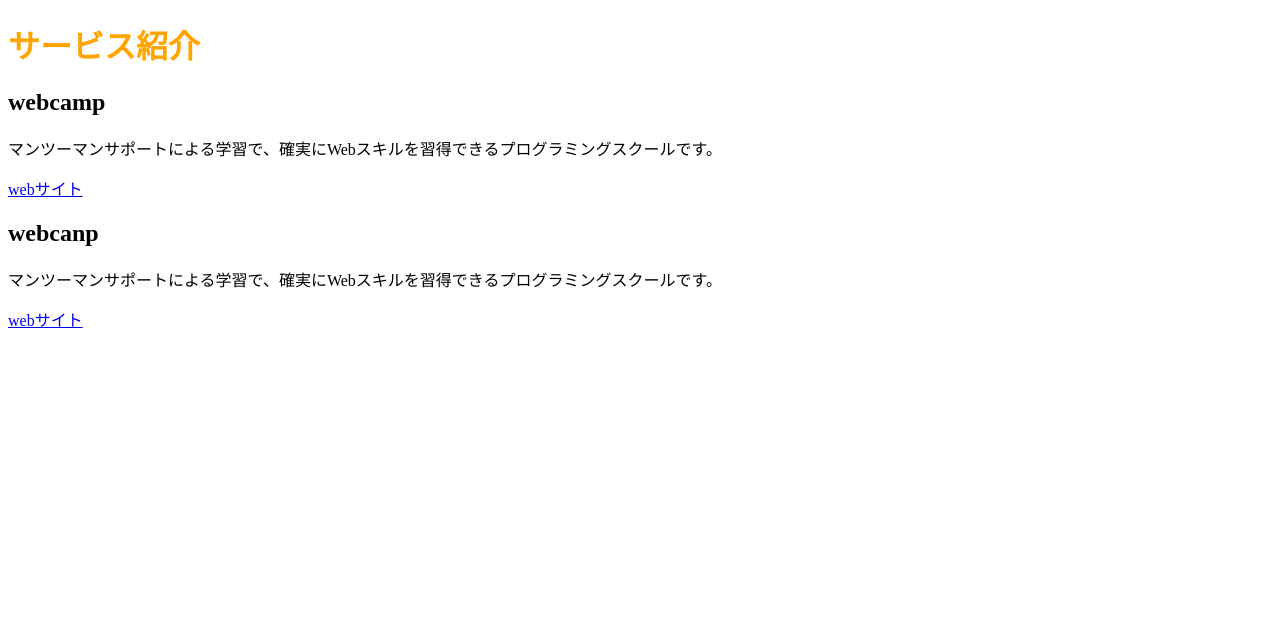
Repository: kk-um/advance1
Page: 演習/2.html
The author's editor kept a record of every edit. The page is drawn from the files as they stood at one moment, then again after the next edit.
The browser window is 1280 px wide. The pictures show the whole page.

Above is the page before.

### 演習/2.html
<!DOCTYPE HTML>
<html lang="ja">
  <head>
    <meta charset="UTF-8"/>
    <title>2章演習</title>
    <link rel="stylesheet" href="2.css"/>
  </head>

<body>
 <h1>サービス紹介</h1>
 <h2>webcamp</h2>
  <p>マンツーマンサポートによる学習で、確実にWebスキルを習得できるプログラミングスクールです。</p>
  <a href="https://web-camp.io/">webサイト</a>

 <h2>webcanp</h2>
  <p>マンツーマンサポートによる学習で、確実にWebスキルを習得できるプログラミングスクールです。</p>
  <a href="https://web-camp.io/">webサイト</a>

</body>
</html>

### 演習/2.css
h1{
  color:orange;
}

After the next edit:
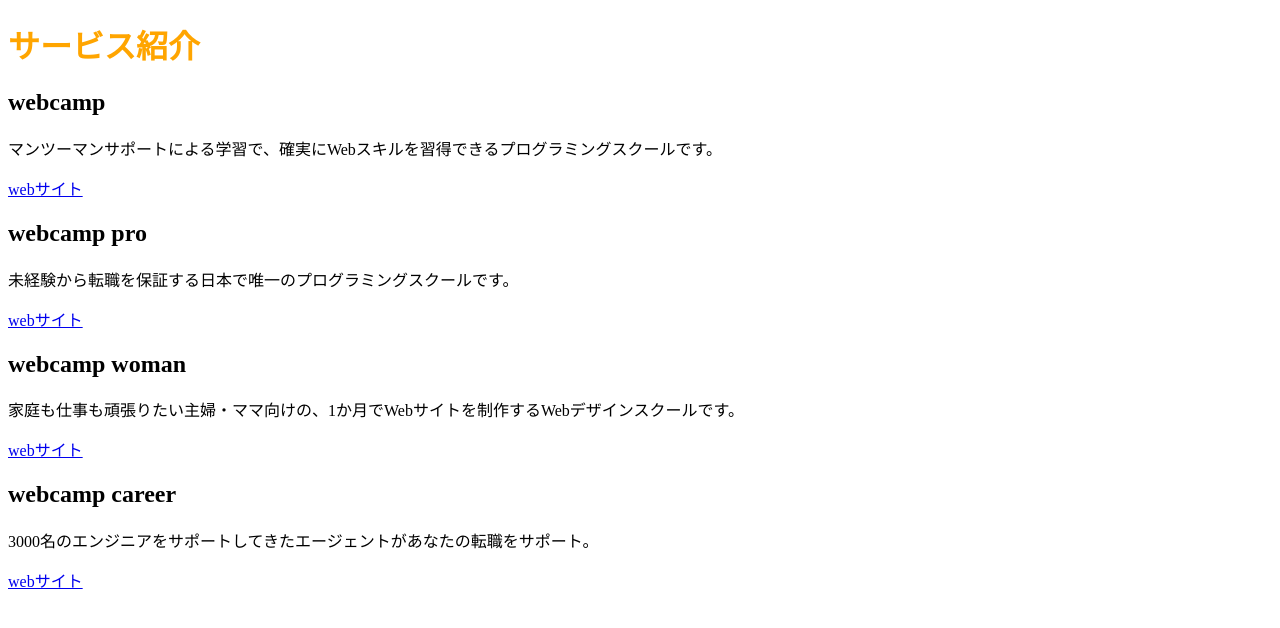
The edit:
--- a/演習/2.html
+++ b/演習/2.html
@@ -12,9 +12,16 @@
   <p>マンツーマンサポートによる学習で、確実にWebスキルを習得できるプログラミングスクールです。</p>
   <a href="https://web-camp.io/">webサイト</a>
 
- <h2>webcanp</h2>
-  <p>マンツーマンサポートによる学習で、確実にWebスキルを習得できるプログラミングスクールです。</p>
-  <a href="https://web-camp.io/">webサイト</a>
+　<h2>webcamp pro</h2>
+   <p>未経験から転職を保証する日本で唯一のプログラミングスクールです。</p>
+   <a href="http://web-camp.io/pro/">webサイト</a>
 
-</body>
+   <h2>webcamp woman</h2>
+   <p>家庭も仕事も頑張りたい主婦・ママ向けの、1か月でWebサイトを制作するWebデザインスクールです。</p>
+   <a href="http://web-camp.io/woman/">webサイト</a>
+
+   <h2>webcamp career</h2>
+   <p>3000名のエンジニアをサポートしてきたエージェントがあなたの転職をサポート。</p>
+   <a href="http://web-camp.io/career/">webサイト</a>
+   </body>
 </html>
